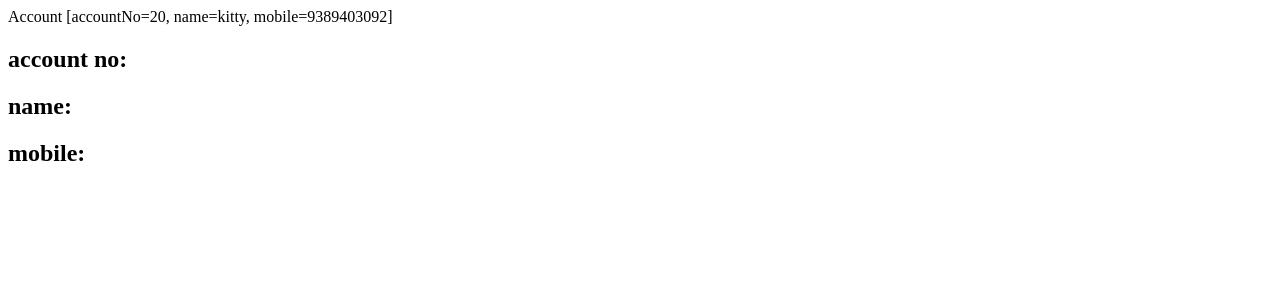
Repository: jayak013/Zettamine-backup
Page: http://localhost/web/account.jsp
These files come from the project's save history. The page is drawn as it stood at one moment and after the next save; the edit follows.
The browser window is 1280 px wide. The pictures show the whole page.
The page is served by Tomcat 10. Other server files are loaded and not shown.

Above is the page before, as saved 2023-12-29 17:28:18.

### Local Disk D Files/Workspace/maven/web/src/main/webapp/account.jsp
<%@ taglib uri="http://java.sun.com/jsp/jstl/core" prefix="c" %>
<%@ page import="com.zettamine.web.Account" %>
<jsp:useBean id="acc" class="com.zettamine.web.Account" scope="session"/>

<%
	String id = request.getParameter("id");
	String name = request.getParameter("name");
	String mobile = request.getParameter("mobile");
	acc=new Account(20,"kitty","9389403092");
	out.println(acc.toString());
%>

<h2>account no:<c:out value="${id}"/></h2>
<h2>name:<c:out value= "${name}"/></h2>
<h2>mobile: <c:out value="${mobile}"/></h2>

### Local Disk D Files/Workspace/maven/web/src/main/java/com/zettamine/web/Account.java
package com.zettamine.web;

public class Account {
	int accountNo;
	String name;
	String mobile;

	public Account(){}

	public Account(int accountNo, String name, String mobile) {
		super();
		this.accountNo = accountNo;
		this.name = name;
		this.mobile = mobile;
	}
	@Override
	public String toString() {
		return "Account [accountNo=" + accountNo + ", name=" + name + ", mobile=" + mobile + "]";
	}



}

After the next save:
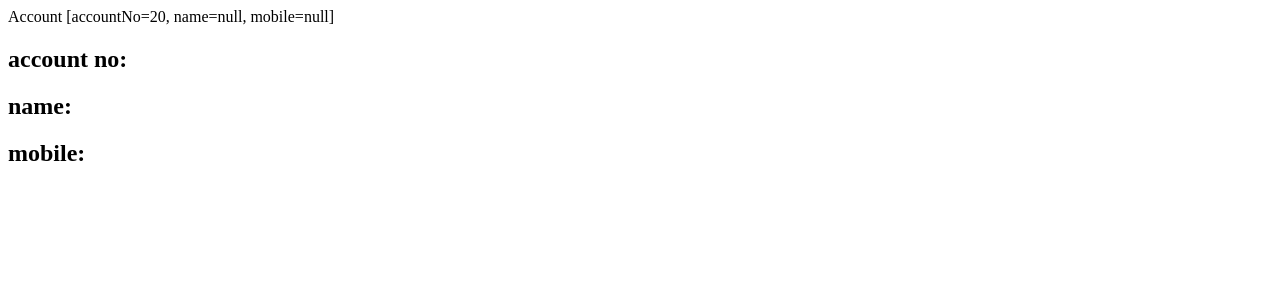
Saved 71 s later.
--- a/Local Disk D Files/Workspace/maven/web/src/main/webapp/account.jsp
+++ b/Local Disk D Files/Workspace/maven/web/src/main/webapp/account.jsp
@@ -6,7 +6,7 @@
 	String id = request.getParameter("id");
 	String name = request.getParameter("name");
 	String mobile = request.getParameter("mobile");
-	acc=new Account(20,"kitty","9389403092");
+	acc=new Account(20,name,mobile);
 	out.println(acc.toString());
 %>
 

After the save that followed:
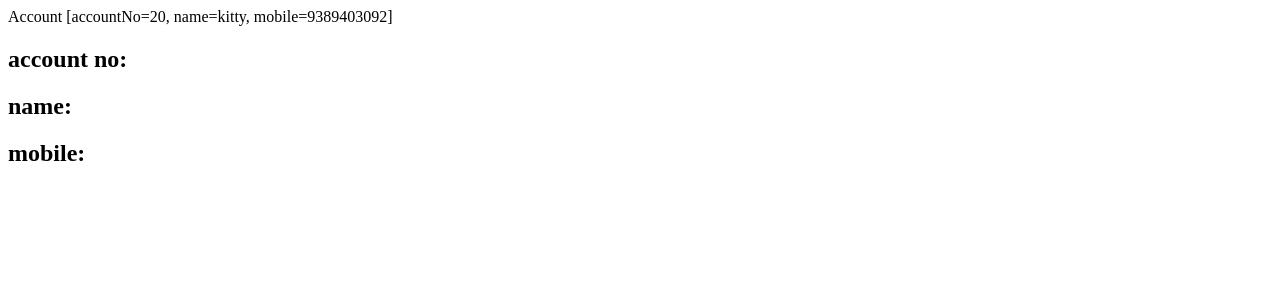
Saved 9 s later.
--- a/Local Disk D Files/Workspace/maven/web/src/main/webapp/account.jsp
+++ b/Local Disk D Files/Workspace/maven/web/src/main/webapp/account.jsp
@@ -6,7 +6,7 @@
 	String id = request.getParameter("id");
 	String name = request.getParameter("name");
 	String mobile = request.getParameter("mobile");
-	acc=new Account(20,name,mobile);
+	acc=new Account(20,"kitty","9389403092");
 	out.println(acc.toString());
 %>
 
